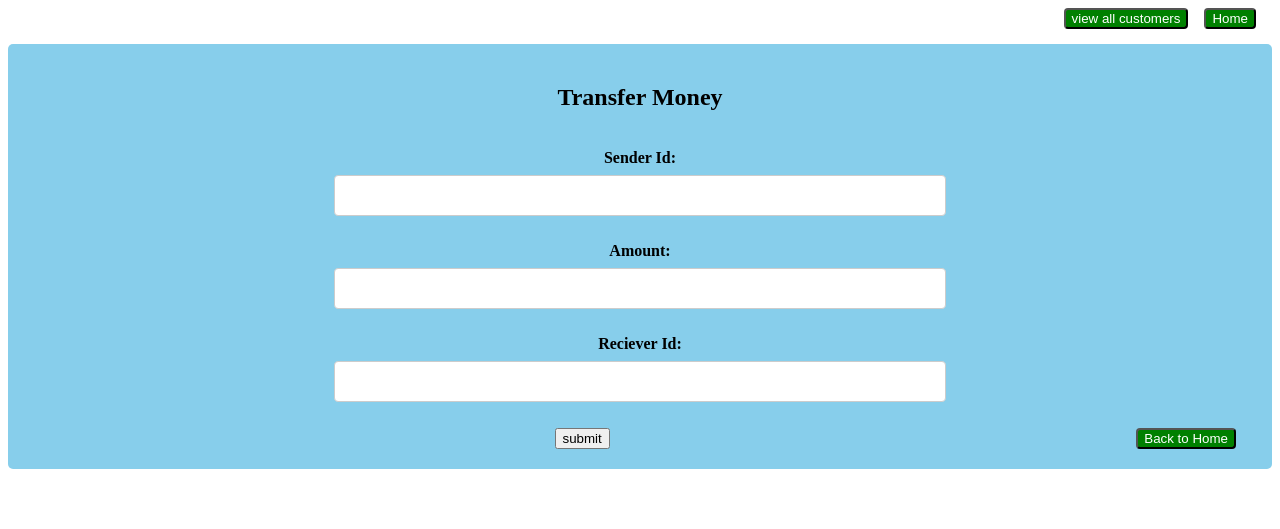
Repository: BarnalaManognaram/sparxintern
Page: sparx_internship/sparx/src/main/webapp/transfer.html
The author's editor kept a copy of each file at every save. The page is drawn from the files as they stood at one save, then again after the next save.
The browser window is 1280 px wide. The pictures show the whole page.

Above is the page before, as saved 2021-09-19 16:43:35.

### sparx_internship/sparx/src/main/webapp/transfer.html
<!DOCTYPE html>
<html>
<head>
<meta charset="ISO-8859-1">
<title>transfer</title>
<link rel="stylesheet" href="home.css">
</head>
<body>
<a href="home.html"><button class="button1">Home</button></a>
<a href="Customer"><button class="button1">view all customers</button></a><br><br>
  <center>
  <div class="back">
   <h2>Transfer Money</h2><br>
    <b>Sender Id:</b><br><input  type="text" name="sid" /><br><br>
    <b>Amount:</b><br><input  type="text" name="tm"/><br><br>
    <b>Reciever Id:</b><br><input type="text" name="rid"/><br><br>
    <input type="button" value="submit"/>
      <a href="home.html"><button class="button1">Back to Home</button></a>
    </div>
  </center>
</body>
<style>
input[type=text], select {
  width: 50%;
  padding: 12px 20px;
  margin: 8px 0;
  display: inline-block;
  border: 1px solid #ccc;
  border-radius: 4px;
  box-sizing: border-box;
}

input[type=submit] {
  width: 50%;
  background-color:skyblue;
  color: white;
  padding: 14px 20px;
  margin: 8px 0;
  border: none;
  border-radius: 4px;
  cursor: pointer;
}



div {
  border-radius: 5px;
  background-color: skyblue;
  padding: 20px;
}
</style>
</html>

### sparx_internship/sparx/src/main/webapp/home.css
@charset "ISO-8859-1";
.button{
	background-color:green;
	color: white;
	border-radius: 8px;
		margin-left:690px;
}
.button1{
	background-color:green;
	color: white;
	border-radius: 4px;
	float: right;
	margin-right:16px;
}
.heading{
	color:green;
}
.bottom{
	background-color:skyblue;
	border-radius: 8px;

}

.table {
  font-family: arial, sans-serif;
  border-collapse: collapse;
  width: 100%;
}

.td {
  border: 1px solid #dddddd;
  text-align: left;
  padding: 8px;
}

.tr:nth-child(even) {
  background-color: #dddddd;
}

After the next save:
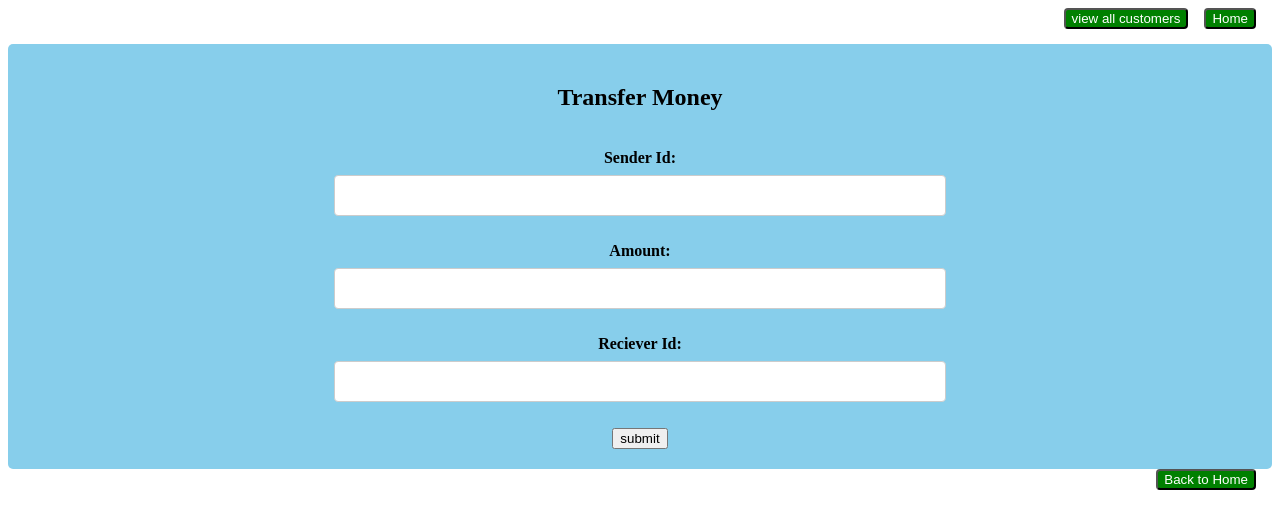
Saved 23 s later.
--- a/sparx_internship/sparx/src/main/webapp/transfer.html
+++ b/sparx_internship/sparx/src/main/webapp/transfer.html
@@ -15,8 +15,9 @@
     <b>Amount:</b><br><input  type="text" name="tm"/><br><br>
     <b>Reciever Id:</b><br><input type="text" name="rid"/><br><br>
     <input type="button" value="submit"/>
-      <a href="home.html"><button class="button1">Back to Home</button></a>
+
     </div>
+     <a href="home.html"><button class="button1">Back to Home</button></a>
   </center>
 </body>
 <style>
